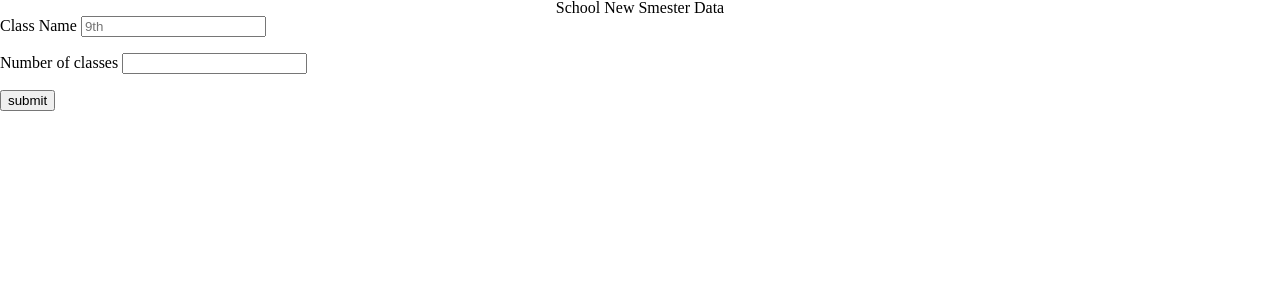
Repository: Razan-am/exam-practice
Page: index.html
These files come from the project's save history. The page is drawn as it stood at one moment and after the next save; the edit follows.
The browser window is 1280 px wide. The pictures show the whole page.

Above is the page before, as saved 2021-05-31 00:00:41.

After the next save:
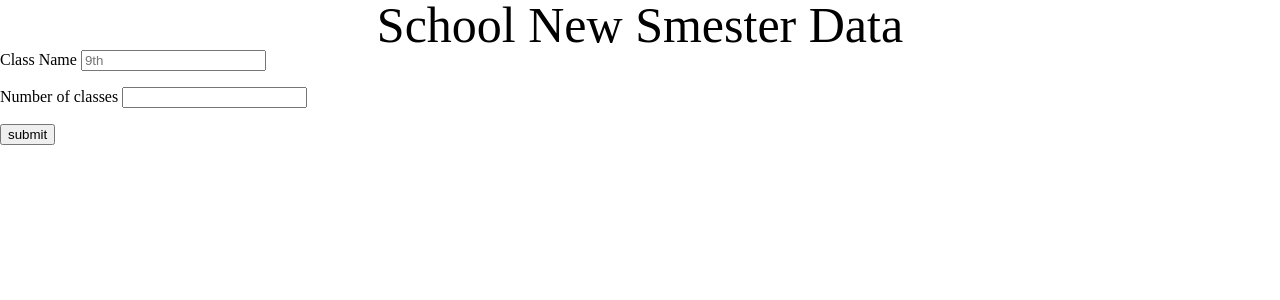
Saved 6 s later.
--- a/css/style.css
+++ b/css/style.css
@@ -1,5 +1,6 @@
 h1{
     text-align: center;
+    font-size: 50px;
 }
 
 
